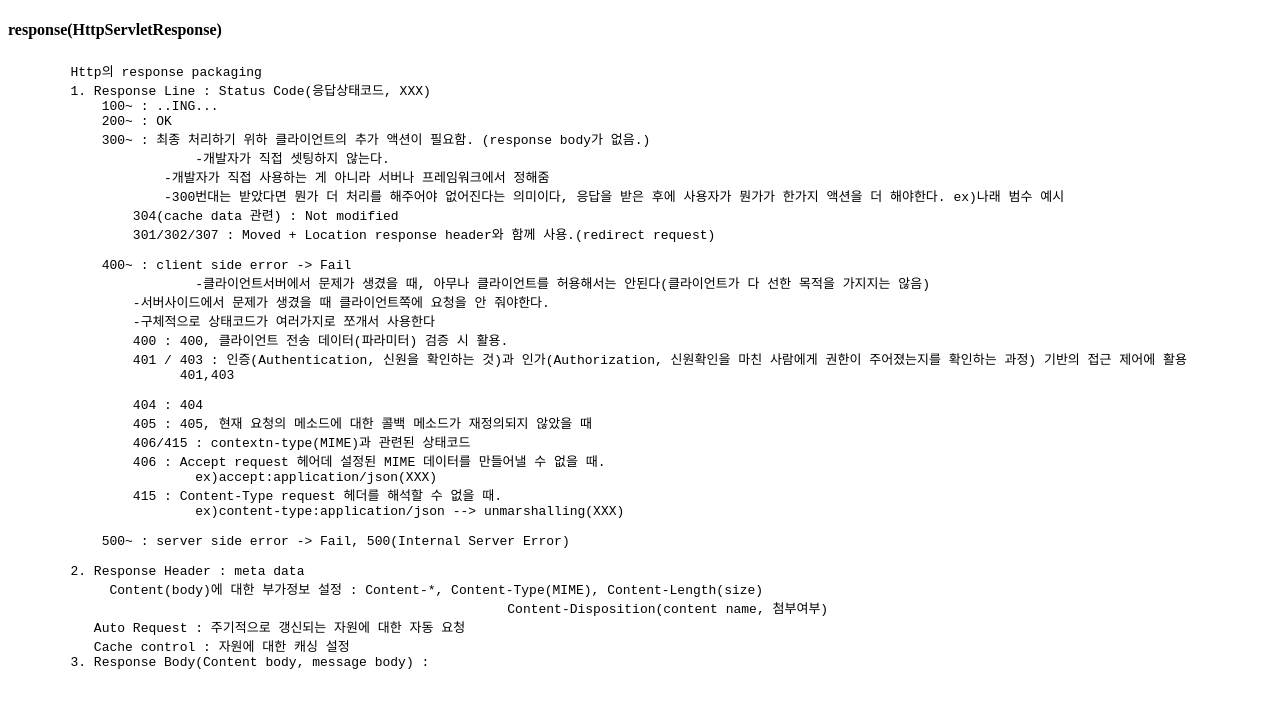
Repository: YOUNARAE/JSP
Page: http://localhost/WebStudy01/05/responseDesc.jsp
The author's editor kept a copy of each file at every save. The page is drawn from the files as they stood at one save, then again after the next save.
The browser window is 1280 px wide. The pictures show the whole page.
The page is served by Tomcat 9. Other server files are loaded and not shown.

Above is the page before, as saved 2022-12-13 06:42:32.

### WebStudy01/src/main/webapp/05/responseDesc.jsp
<%@page import="javax.print.attribute.HashPrintServiceAttributeSet"%>
<%@ page language="java" contentType="text/html; charset=UTF-8"
    pageEncoding="UTF-8"%>
<!DOCTYPE html>
<html>
<head>
<meta charset="UTF-8">
<title>05/responseDesc.jsp</title>
</head>
<body>
<h4>response(HttpServletResponse)</h4>
<pre>
	Http의 response packaging
	1. Response Line : Status Code(응답상태코드, XXX)
	    100~ : ..ING...
	    200~ : OK
	    300~ : 최종 처리하기 위하 클라이언트의 추가 액션이 필요함. (response body가 없음.)
	    		-개발자가 직접 셋팅하지 않는다.
	            -개발자가 직접 사용하는 게 아니라 서버나 프레임워크에서 정해줌
	            -300번대는 받았다면 뭔가 더 처리를 해주어야 없어진다는 의미이다, 응답을 받은 후에 사용자가 뭔가가 한가지 액션을 더 해야한다. ex)나래 범수 예시
	        304(cache data 관련) : Not modified
	        301/302/307 : Moved + Location response header와 함께 사용.(redirect request)
	        <%--
//	        	request.getRequestDispatcher("/04/messageView.jsp").forward(request, response); // 서버 내에서 이동
//				절대경로, 서버사이드,
 				String location = request.getContextPath()+"/04/messageView.jsp";
 	        	response.sendRedirect(location); //서버 밖에서 이동해야하기때문에 클라이언트로부터 새로운 요청이 발생.
	        --%>
	    400~ : client side error -> Fail
			-클라이언트서버에서 문제가 생겼을 때, 아무나 클라이언트를 허용해서는 안된다(클라이언트가 다 선한 목적을 가지지는 않음)
	    	-서버사이드에서 문제가 생겼을 때 클라이언트쪽에 요청을 안 줘야한다.
	    	-구체적으로 상태코드가 여러가지로 쪼개서 사용한다
	    	400 : <%=HttpServletResponse.SC_BAD_REQUEST %>, 클라이언트 전송 데이터(파라미터) 검증 시 활용.
	    	401 / 403 : 인증(Authentication, 신원을 확인하는 것)과 인가(Authorization, 신원확인을 마친 사람에게 권한이 주어졌는지를 확인하는 과정) 기반의 접근 제어에 활용
	    	      <%=HttpServletResponse.SC_UNAUTHORIZED %>,<%=HttpServletResponse.SC_FORBIDDEN %>

	    	404 : <%=HttpServletResponse.SC_NOT_FOUND %>
	    	405 : <%=HttpServletResponse.SC_METHOD_NOT_ALLOWED %>, 현재 요청의 메소드에 대한 콜백 메소드가 재정의되지 않았을 때
	    	406/415 : contextn-type(MIME)과 관련된 상태코드
	    	<%=HttpServletResponse.SC_NOT_ACCEPTABLE %> : Accept request 헤어데 설정된 MIME 데이터를 만들어낼 수 없을 때.
	    		ex)accept:application/json(XXX)
	    	<%=HttpServletResponse.SC_UNSUPPORTED_MEDIA_TYPE %> : Content-Type request 헤더를 해석할 수 없을 때.
	    		ex)content-type:application/json --> unmarshalling(XXX)

	    500~ : server side error -> Fail, 500(Internal Server Error)

	2. Response Header : meta data
	     Content(body)에 대한 부가정보 설정 : Content-*, Content-Type(MIME), Content-Length(size)
	     							Content-Disposition(content name, 첨부여부)
	   Auto Request : 주기적으로 갱신되는 자원에 대한 자동 요청
	   Cache control : 자원에 대한 캐싱 설정
	3. Response Body(Content body, message body) :
			<%--response.getWriter(), response.getOutputStream() , <%= %>, out -->--%>

</pre>
</body>
</html>

After the next save:
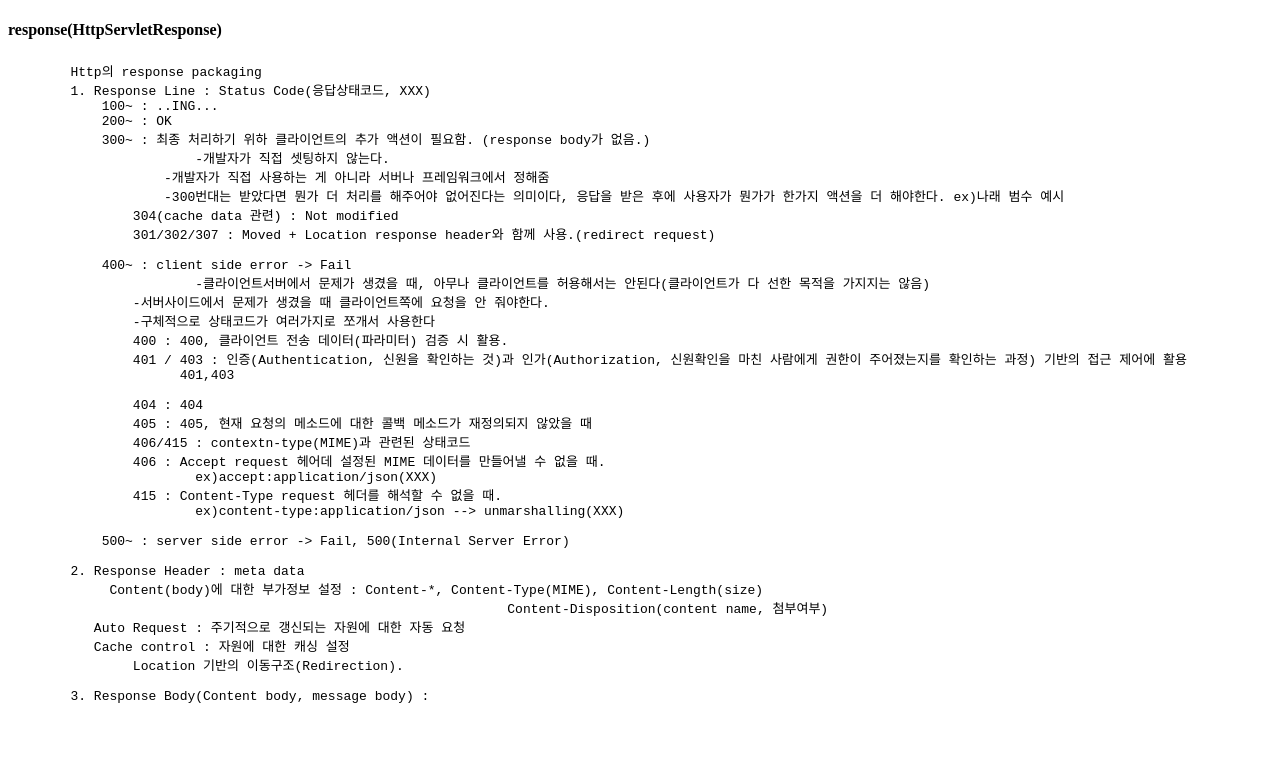
Saved 32 s later.
--- a/WebStudy01/src/main/webapp/05/responseDesc.jsp
+++ b/WebStudy01/src/main/webapp/05/responseDesc.jsp
@@ -49,7 +49,10 @@
 	     							Content-Disposition(content name, 첨부여부)
 	   Auto Request : 주기적으로 갱신되는 자원에 대한 자동 요청
 	   Cache control : 자원에 대한 캐싱 설정
+	 	Location 기반의 이동구조(Redirection).
+
 	3. Response Body(Content body, message body) :
+
 			<%--response.getWriter(), response.getOutputStream() , <%= %>, out -->--%>
 
 </pre>
